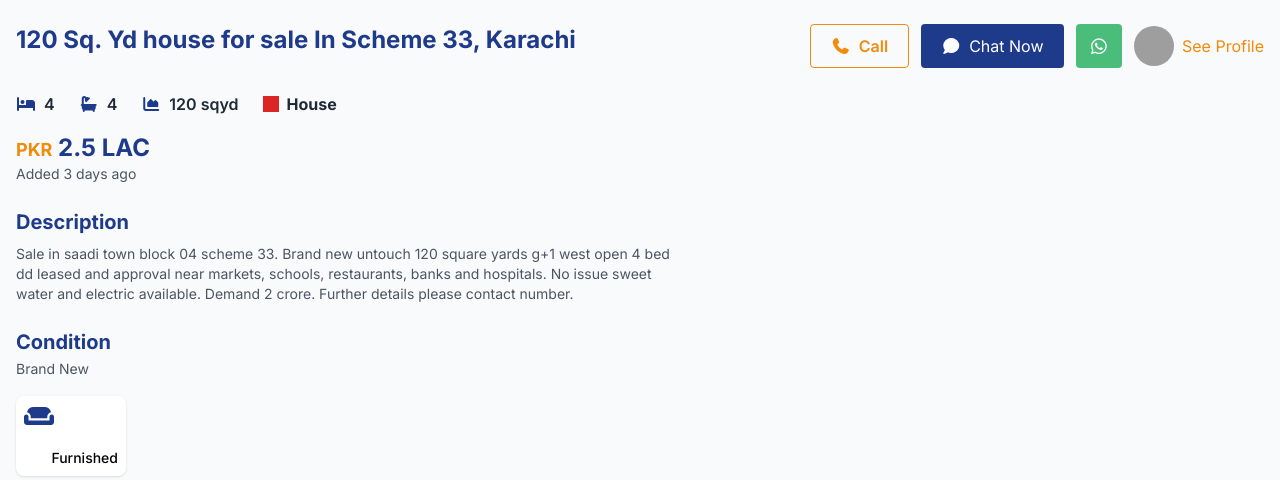
Repository: ARFA-SAEED/miljayega
Page: src/motorsPage/bikes_1.html
An editor plug-in stored every save of this project. The page is shown before and after the next save, followed by the edit.
The browser window is 1280 px wide. The pictures show the part of the page from y = 633 to 1113 px (the page is 2095 px tall).
Pictures or frames that could not be fetched are drawn as grey boxes. A picture or video elsewhere on the page could not be fetched, so the positions and the page height are approximate. Some web fonts or font styles are not loaded; a fallback is used. Some web libraries are served in a nearby version.

Above is the page before, as saved 2025-08-25 13:13:52.

After the next save:
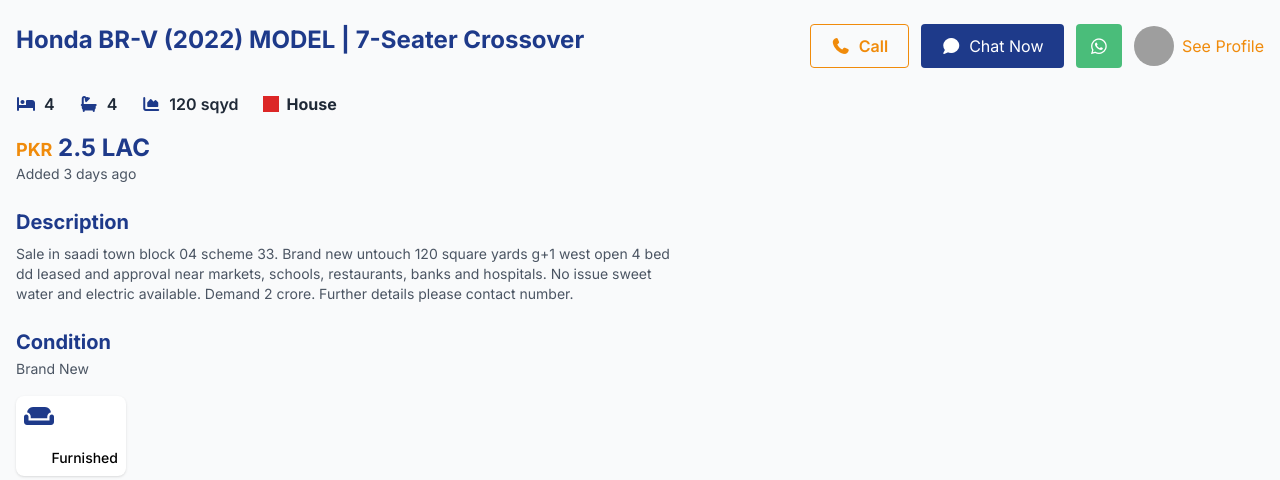
Saved 2 min 28 s later.
--- a/src/motorsPage/bikes_1.html
+++ b/src/motorsPage/bikes_1.html
@@ -117,7 +117,7 @@
     <!-- Title & Buttons -->
     <div class="container mx-auto px-4 mt-6 flex flex-col lg:flex-row justify-between items-start gap-4">
         <h1 class="font-bold text-blue-900 text-xl lg:text-2xl">
-            120 Sq. Yd house for sale In Scheme 33, Karachi
+            Honda BR-V (2022) MODEL | 7-Seater Crossover
         </h1>
         <div class="flex flex-wrap gap-3">
             <button class="border border-[#F08B0B] text-[#F08B0B] font-semibold rounded px-5 py-2 flex items-center">
